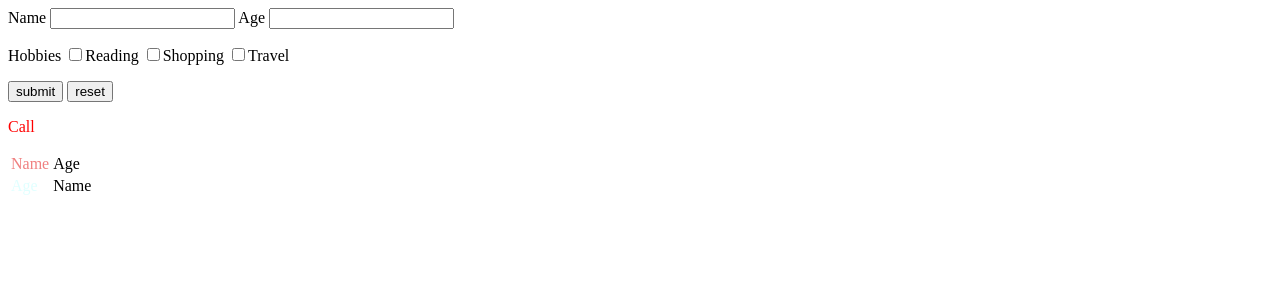
Repository: kaza1509/PRJ301
Page: SE1613/web/demo.html
These files come from the project's save history. The page is drawn as it stood at one moment and after the next save; the edit follows.
The browser window is 1280 px wide. The pictures show the whole page.

Above is the page before, as saved 2022-01-18 21:05:31.

After the next save:
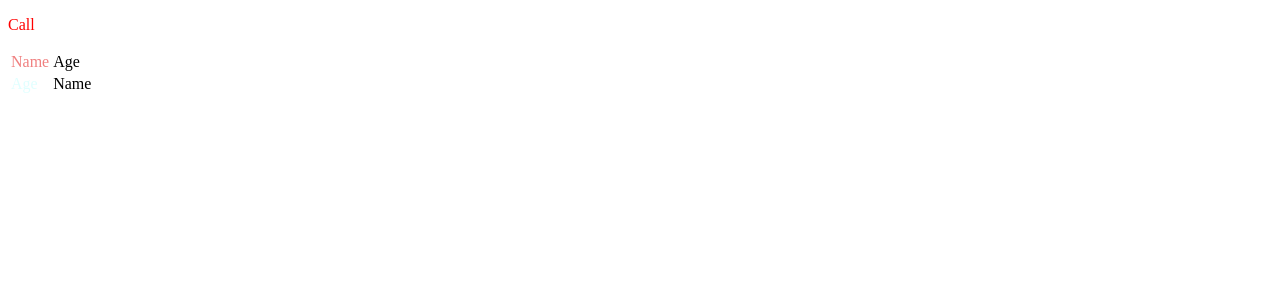
Saved 81 s later.
--- a/SE1613/web/demo.html
+++ b/SE1613/web/demo.html
@@ -7,20 +7,7 @@
         <meta name="viewport" content="width=device-width, initial-scale=1.0">
     </head>
     <body>
-        <form action="DemoServletURL" method="post">
-            <span>Name</span> <input type="text" name="name">
-            <span>Age</span> <input type="number" name="age">
 
-            <p>
-                <span>Hobbies</span>
-                <input type="checkbox" name="hb" value="reading">Reading
-                <input type="checkbox" name="hb" value="shopping">Shopping
-                <input type="checkbox" name="hb" value="travel">Travel
-            </p>
-
-            <input type="submit" value="submit">
-            <input type="reset" value="reset">
-        </form>
 
         <p>
             <a style='color:red; text-decoration:none;' href="DemoServletURL">Call</a>

After the save that followed:
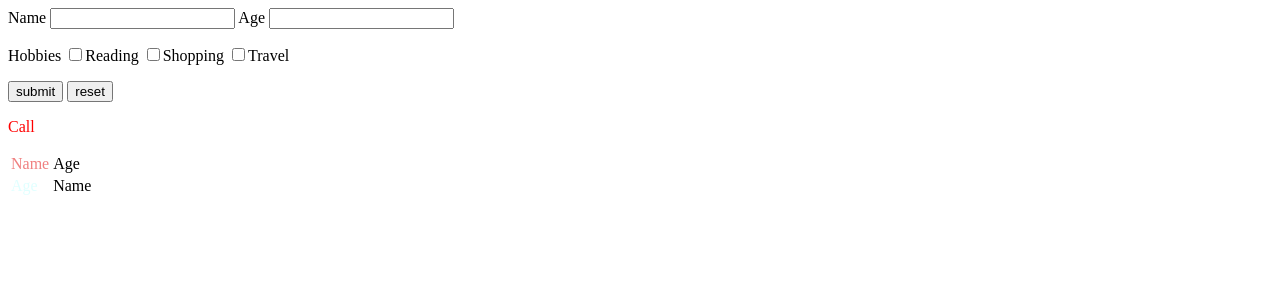
Saved 4 s later.
--- a/SE1613/web/demo.html
+++ b/SE1613/web/demo.html
@@ -7,7 +7,20 @@
         <meta name="viewport" content="width=device-width, initial-scale=1.0">
     </head>
     <body>
+        <form action="DemoServletURL" method="post">
+            <span>Name</span> <input type="text" name="name">
+            <span>Age</span> <input type="number" name="age">
 
+            <p>
+                <span>Hobbies</span>
+                <input type="checkbox" name="hb" value="reading">Reading
+                <input type="checkbox" name="hb" value="shopping">Shopping
+                <input type="checkbox" name="hb" value="travel">Travel
+            </p>
+
+            <input type="submit" value="submit">
+            <input type="reset" value="reset">
+        </form>
 
         <p>
             <a style='color:red; text-decoration:none;' href="DemoServletURL">Call</a>
